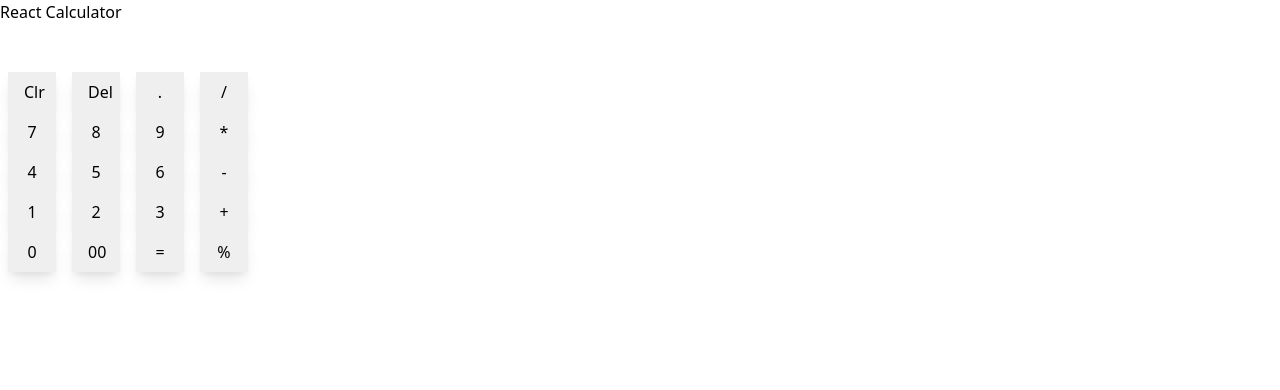
Repository: latenightsnacc/React-Calculator
Page: / (app in docs/react-calculator/)
These files come from the project's save history. The page is drawn as it stood at one moment and after the next save; the edit follows.
The browser window is 1280 px wide. The pictures show the whole page.
The project was rebuilt for these pictures with package versions that can differ from the ones it lists, and the page was loaded fresh each time. Also part of the build but not shown: docs/react-calculator/craco.config.js.

Above is the page before, as saved 2021-11-11 15:42:28.

### docs/react-calculator/src/components/Calculator.js
import React, { Component } from 'react'
import CalculatorTitle from './CalculatorTitle'
import CalculatorScreen from './CalculatorScreen'
import Button from './Button'

class Calculator extends Component {
    render() {
        return (
            <div className="frame">
                <CalculatorTitle value="React Calculator" />
                <div className="calculator-body">
                    <CalculatorScreen />
                    <div className="button-row">
                        <Button label={'Clr'} />
                        <Button label={'Del'} />
                        <Button label={'.'}/>
                        <Button label={'/'}/>
                    </div>
                    <div className="button-row">
                        <Button label={'7'}/>
                        <Button label={'8'}/>
                        <Button label={'9'}/>
                        <Button label={'*'}/>
                    </div>
                    <div className="button-row">
                        <Button label={'4'}/>
                        <Button label={'5'}/>
                        <Button label={'6'}/>
                        <Button label={'-'}/>
                    </div>
                    <div className="button-row">
                        <Button label={'1'}/>
                        <Button label={'2'}/>
                        <Button label={'3'}/>
                        <Button label={'+'}/>
                    </div>
                    <div className="button-row">
                        <Button label={'0'}/>
                        <Button label={'00'}/>
                        <Button label={'='}/>
                        <Button label={'%'}/>
                    </div>

                </div>
            </div>
        )
    }
}

export default Calculator

### docs/react-calculator/src/components/CalculatorTitle.js
import React from 'react'

function CalculatorTitle(props) {
    return (
        <div className='calculator-title'>
            {props.value}
        </div>
    )
}

export default CalculatorTitle

### docs/react-calculator/src/components/CalculatorScreen.js
import React from 'react'
import CalculatorOutputRow from './CalculatorOutputRow'

const CalculatorScreen = () => {
    return (
        <div className="screen">
            <CalculatorOutputRow/>
            <CalculatorOutputRow/>
        </div>
    )
}

export default CalculatorScreen;

### docs/react-calculator/src/components/Button.js
import React from 'react'

const Button = (props) => {
    return(
        <input className="shadow-lg w-12 mx-2 py-2 px-4"
            type="button"
            value={props.label}
        />
    )
}

export default Button;

### docs/react-calculator/src/components/CalculatorOutputRow.js
import React from 'react';

const CalculatorOutputRow = () => {
    return(
        <div className="screen-row">
            <input type="text" readOnly />
        </div>
    )
}

export default CalculatorOutputRow

Loaded but not shown: docs/react-calculator/public/index.html (common file); docs/react-calculator/src/index.js (common file); docs/react-calculator/src/index.css (common file); docs/react-calculator/src/App.js (common file); docs/react-calculator/src/reportWebVitals.js (common file); docs/react-calculator/tailwind.config.js (common file)

After the next save:
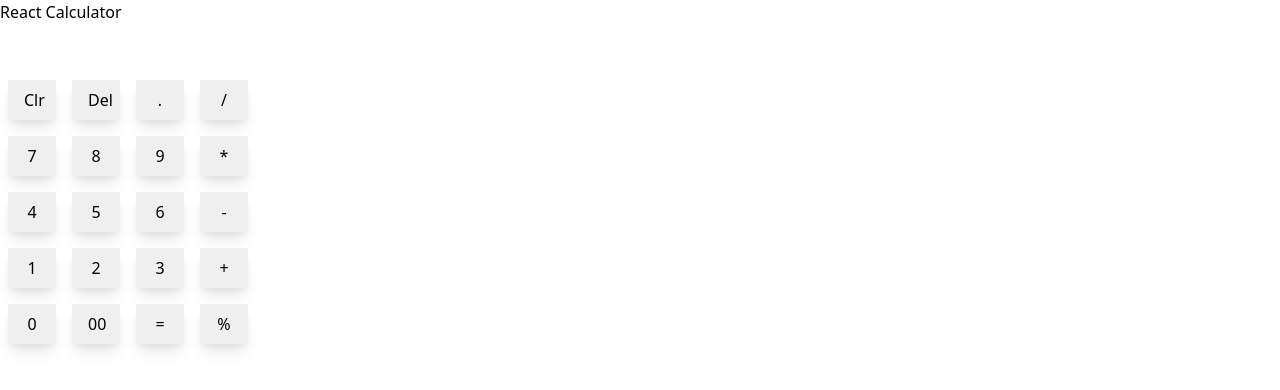
Saved 7 s later.
--- a/docs/react-calculator/src/components/Button.js
+++ b/docs/react-calculator/src/components/Button.js
@@ -2,7 +2,7 @@ import React from 'react'
 
 const Button = (props) => {
     return(
-        <input className="shadow-lg w-12 mx-2 py-2 px-4"
+        <input className="shadow-lg w-12 m-2 py-2 px-4"
             type="button"
             value={props.label}
         />
